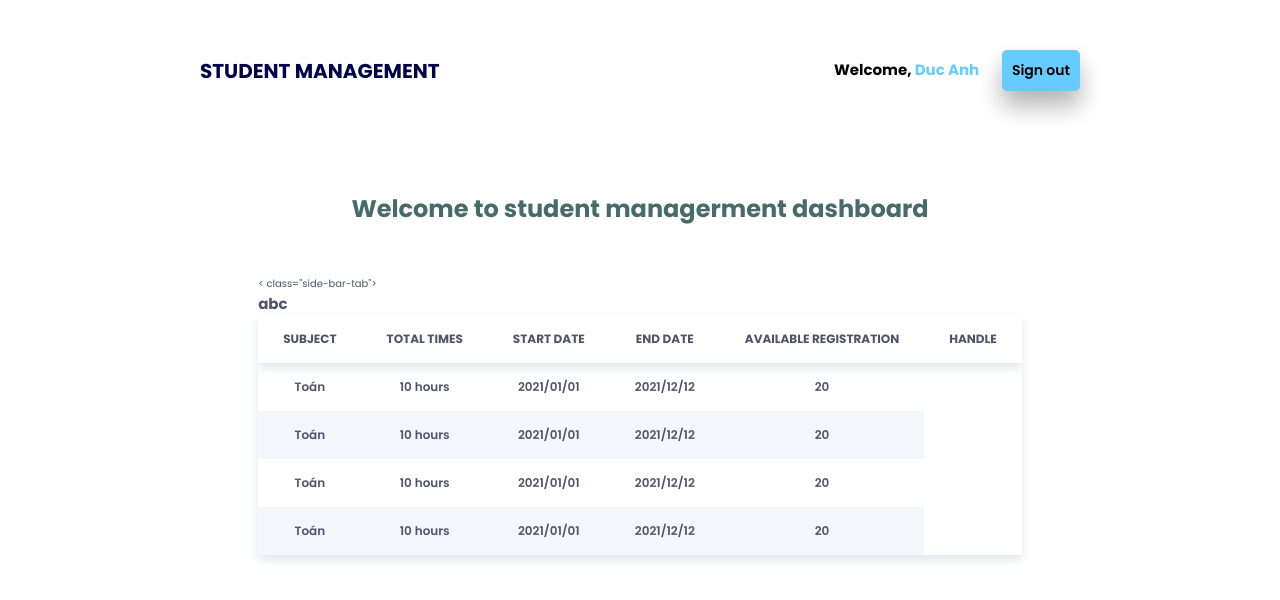
Repository: lenhandat/studentManagement
Page: front-end/fontpart3/Student_Management/user/homeUser.html
An editor plug-in stored every save of this project. The page is shown before and after the next save, followed by the edit.
The browser window is 1280 px wide. The pictures show the whole page.
Some icons come from a web library that is not loaded, so they are not drawn.

Above is the page before, as saved 2021-08-27 23:54:14.

### front-end/fontpart3/Student_Management/user/homeUser.html
<!DOCTYPE html>
<html lang="en">
<head>
    <meta charset="UTF-8">
    <meta http-equiv="X-UA-Compatible" content="IE=edge">
    <meta name="viewport" content="width=device-width, initial-scale=1.0">
    <link rel="preconnect" href="https://fonts.googleapis.com">
    <link rel="preconnect" href="https://fonts.gstatic.com" crossorigin>
    <link href="https://fonts.googleapis.com/css2?family=Poppins:wght@300;400;500;600;700&display=swap" rel="stylesheet">
    <link rel="stylesheet" href="../assets/css/reset.css">
    <link rel="stylesheet" href="../assets/css/homeUser.css">
    <title>Home</title>
</head>
<body>
    <header class="header">
        <h1 class="header__title">Student Management</h1>
        <div class="header__right">
            <h2 class="header__text">Welcome, <a href="#">Duc Anh</a></h2>
            <a href="#" class="header__right--element header__register">
                Sign out
                <i class="fas fa-sign-out-alt"></i>
            </a>
        </div>
    </header>
    <main>
        <h1 class = "title">Welcome to student managerment dashboard</h1>
        <section class="table__student">
            < class="side-bar-tab">
                <h1>abc</h1>
            </div>
            <table class="table__content">
                <thead>
                    <tr>
                        <th>Subject</th>
                        <th>Total Times</th>
                        <th>Start Date</th>
                        <th>End Date</th>
                        <th>Available Registration</th>
                        <th>Handle</th>
                    </tr>
                </thead>
                <tbody>
                    <tr>
                        <td>Toán</td>
                        <td>10 hours</td>
                        <td>2021/01/01</td>
                        <td>2021/12/12</td>
                        <td>20</td>
                    </tr>
                    <tr>
                        <td>Toán</td>
                        <td>10 hours</td>
                        <td>2021/01/01</td>
                        <td>2021/12/12</td>
                        <td>20</td>
                    </tr>
                    <tr>
                        <td>Toán</td>
                        <td>10 hours</td>
                        <td>2021/01/01</td>
                        <td>2021/12/12</td>
                        <td>20</td>
                    </tr>
                    <tr>
                        <td>Toán</td>
                        <td>10 hours</td>
                        <td>2021/01/01</td>
                        <td>2021/12/12</td>
                        <td>20</td>
                    </tr>
                </tbody>
            </table>
        </section>
    </main>
    <script src="../assets/fontAwesome/all.min.js"></script>
</body>
</html>

### front-end/fontpart3/Student_Management/assets/css/reset.css
*{
    margin: 0;
    padding: 0;
    box-sizing: border-box;
}

html{
    font-size: 62.5%;
    font-family: 'Poppins', sans-serif;
}

### front-end/fontpart3/Student_Management/assets/css/homeUser.css
.header{
    padding: 5rem 20rem;
    display: flex;
    flex-direction: row;
    align-items: center;
    justify-content: space-between;
}

.header__title{
    font-size: 2rem;
    text-transform: uppercase;
    color: #00004d;
}

.header__text{
    display: inline-block;
    margin-right: 2rem;
}

.header__text a{
    color: #66ccff;
    text-decoration: none;
}

.header__right--element{
    display: inline-block;
    padding: 1rem;
    color: #000;
    text-decoration: none;
    font-size: 1.4rem;
    font-weight: 600;
    background-color: #66ccff;
    border-radius: 5px;
    box-shadow: 0 1.5rem 2.5rem rgba(0,0,0, 0.3);
    transition: all .2s;
}

.header__right--element:not(:last-child) {
    margin-right: 2rem;
}

.header__right--element:hover{
    transform: translateY(-2px);
    background-color: #2b70f2;
    color: #fff;
}
.header__right--element:active{
    transform: translateY(0);
    box-shadow: 0 1rem 2rem rgba(0,0,0, 0.2);
}

.table__student{
    margin-top: 5rem;
    display: grid;
    justify-content: center;
    align-items: center;
    color: #4f546c;
    /* background-color: #f4f6fb; */

}


.title{
    padding-top: 5rem;
    text-align: center;
    font-size: 2.4rem;
    color: #476b6b;
}

.table__content{
    padding: 5rem 20rem;
    border-collapse: collapse;
    box-shadow: 0 0.5rem 1rem #e1e5ee;
    background-color: #fff;
    text-align: center;
    overflow: hidden;
}

.table__content thead{
    box-shadow: 0 0.5rem 1rem #e1e5ee;
}

.table__content th{
    padding: 1.5rem 2.5rem;
    text-transform: uppercase;
    font-size: 1.2rem;
    font-weight: 700;
}

.table__content td{
    padding: 1.5rem 2.5rem;
    font-size: 1.2rem;
    font-weight: 600;
}

.table__content tr:nth-child(even){
    background-color:  #f4f6fb;
}

After the next save:
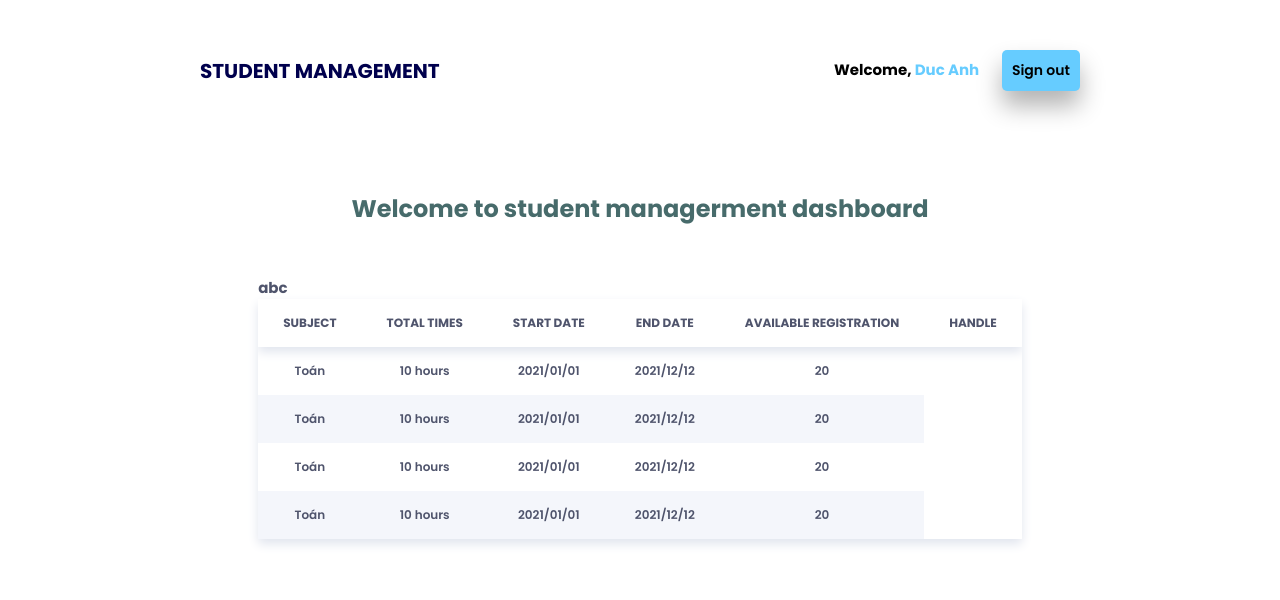
Saved 15 s later.
--- a/front-end/fontpart3/Student_Management/user/homeUser.html
+++ b/front-end/fontpart3/Student_Management/user/homeUser.html
@@ -25,7 +25,7 @@
     <main>
         <h1 class = "title">Welcome to student managerment dashboard</h1>
         <section class="table__student">
-            < class="side-bar-tab">
+            <div class="side-bar-tab">
                 <h1>abc</h1>
             </div>
             <table class="table__content">
